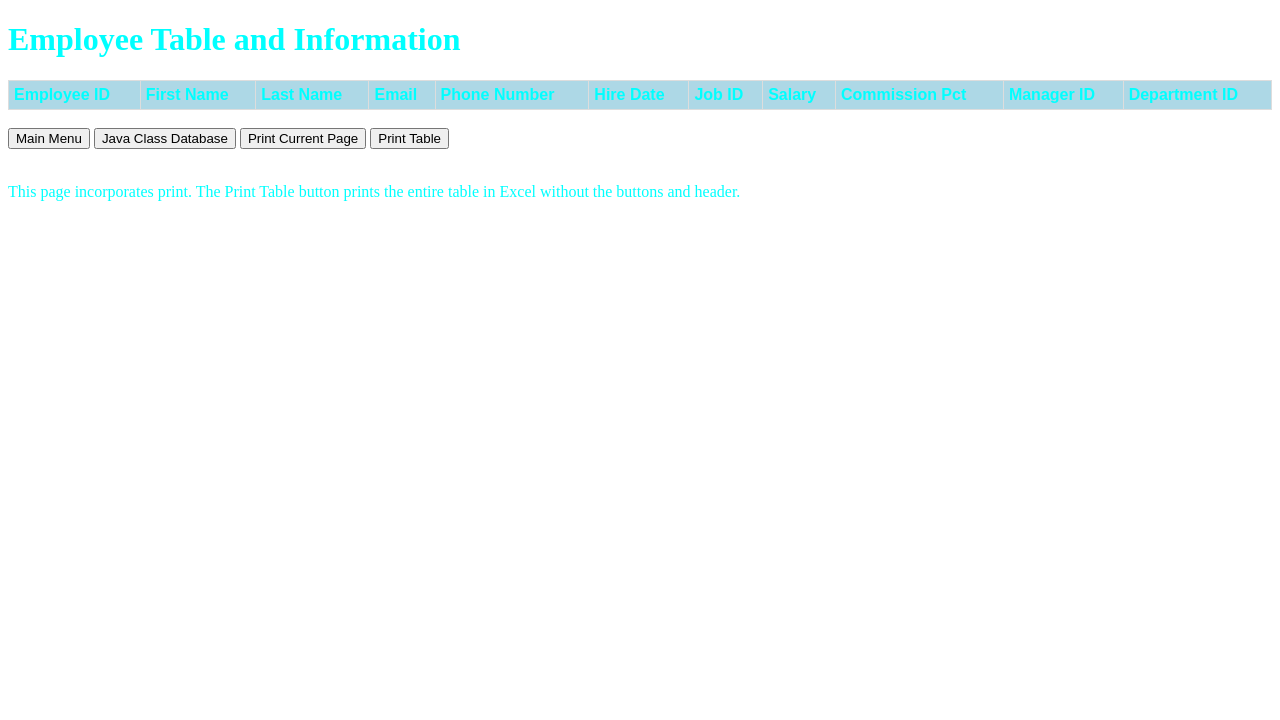
Repository: cohen-e/Demo_Project
Page: http://localhost/Demo_Project/Database.jsp
An editor plug-in stored every save of this project. The page is shown before and after the next save, followed by the edit.
The browser window is 1280 px wide. The pictures show the whole page.
The page is served by Tomcat 9. The session is filled in as if someone had signed in: {"user": "testuser", "id": 1}. Queries for data that is not in the repository find no rows.

Above is the page before, as saved 2018-07-02 14:28:23.

After the next save:
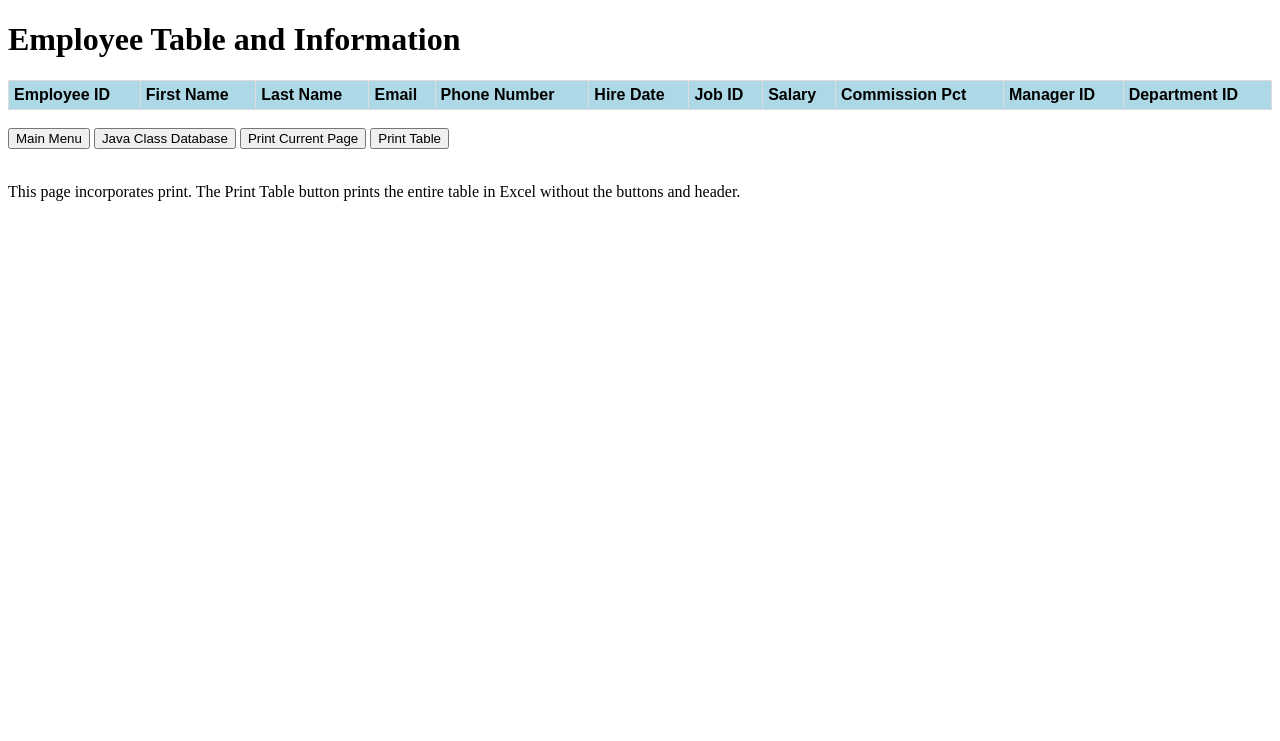
Saved 43 s later.
--- a/Demo_Project/WebContent/css/database.css
+++ b/Demo_Project/WebContent/css/database.css
@@ -1,6 +1,7 @@
-body {
-	color: aqua;
-}
+body, html{
+	height: 100%;
+	}
+
 table {
     font-family: arial;
     border-collapse: collapse;
